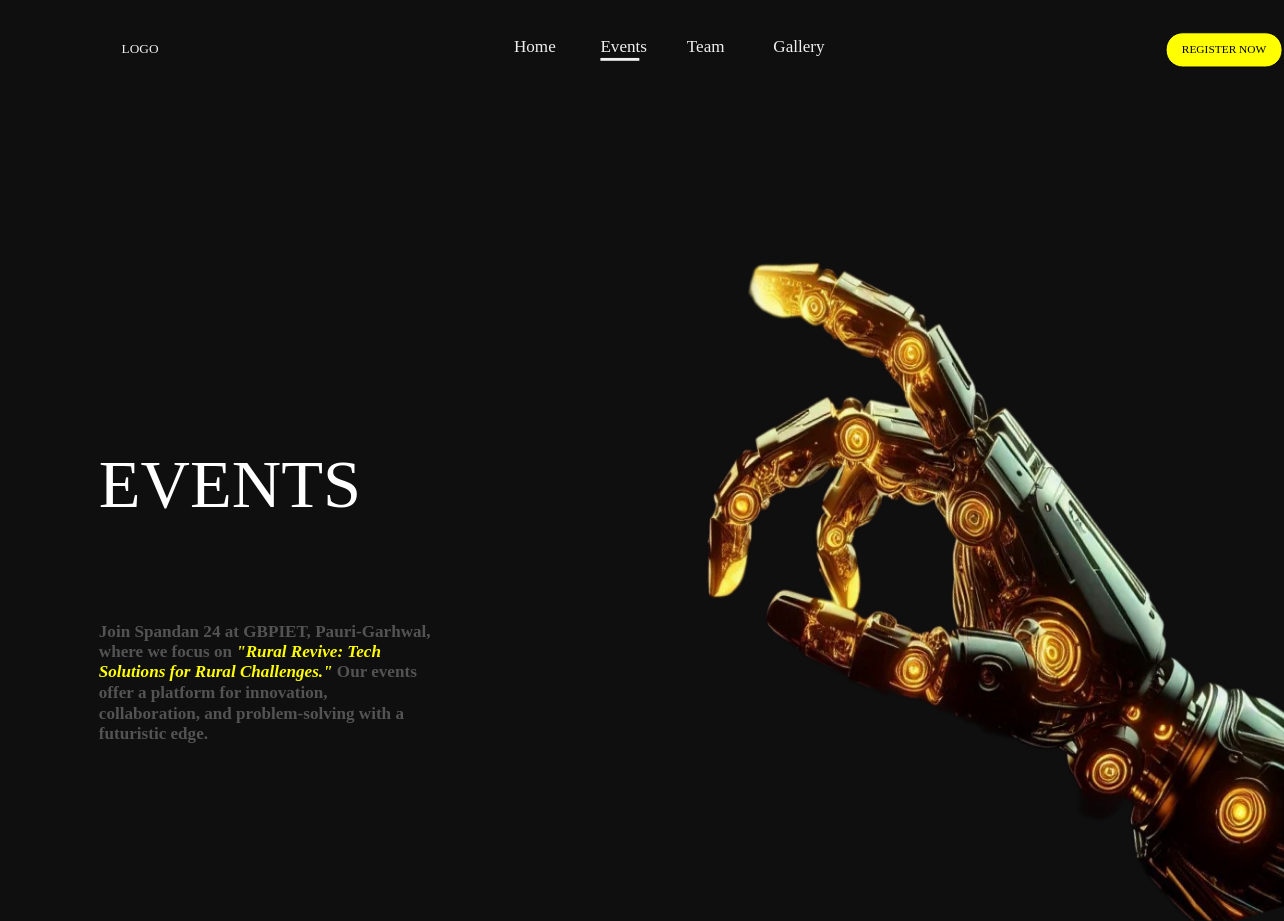
Repository: s4bbi/spandan-3.0
Page: /Events
An editor plug-in stored every save of this project. The page is shown before and after a run of saves, followed by the edit.
The browser window is 1280 px wide. The page is 1352 px wide, so the pictures cover 1352 px, including what lies to the right of the window. The pictures show the whole page, at 95% of full size.
The project was rebuilt for these pictures with package versions that can differ from the ones it lists, and the page was loaded fresh each time. Also part of the build but not shown: vite.config.js, src/pages/Home/Home.jsx.

Above is the page before, as saved 2024-11-02 02:48:20.

### src/App.jsx
import React from 'react'
import Navbar from './components/Navbar/Navbar'
import { Route, Routes } from 'react-router-dom'
import Home from  './pages/Home/Home'
import Events from  './pages/Events/Events'


const App = () => {
  return (
    <div className='app'>
      <Navbar/>
      { <Routes>
        <Route path="/" element={<Home />} />
        <Route path="Events" element={<Events />} />
      </Routes> }
    </div>
  )
}

export default App

### src/components/Navbar/Navbar.jsx
import React, {useState} from 'react'
import './Navbar.css'
// import {assets} from'../../assets/assets'
const Navbar = () => {

  const [menu,setMenu] = useState("Events");
  return (
    <div className='navbar'>
        <h1 className="logo">LOGO</h1>
        <ul className="navbar-menu">
            <li onClick={()=>setMenu("Home")} className={menu=="Home"?"active":""}>Home</li>
            <li onClick={()=>setMenu("Events")} className={menu=="Events"?"active":""}>Events</li>
            <li onClick={()=>setMenu("Team")} className={menu=="Team"?"active":""}>Team</li>
            <li onClick={()=>setMenu("Gallery")} className={menu=="Gallery"?"active":""}>Gallery</li>
        </ul>


        <button>REGISTER NOW</button>
     </div>

  )
}

export default Navbar

### src/pages/Events/Events.jsx
import React from 'react'
import './Events.css'
import HeroSection from '../../components/HeroSection/HeroSection'

const Events = () => {
  return (
    <div>
      <HeroSection/>
    </div>
  )
}

export default Events

### src/components/Navbar/Navbar.css
.navbar{
    width: 1222px;
    height: 37px;
    margin-top: 34px;
    margin-left: 128px;
    border-radius: 20px 0px 0px 0px;
    display: flex;
    justify-content: space-between;
    align-items: center;
}

.logo{
    width: 41px;
    height: 17px;
    font-family: Gilroy-Light;
    font-size: 14px;
    font-weight: 400;
    line-height: 16.8px;
    text-align: left;
    color:#F0F0F0;
   }

.navbar-menu{
    display:flex;
    list-style:none;
    gap:50px;
    color:#F0F0F0;
    ;
   }

.navbar button{
    background:transparent;
    font-size: 12px;
    background-color:#FFFF00;
    font-family: Gilroy-SemiBold;
    border: 1px solid #010101;
    ;
    padding: 10px 16px 10px 16px;
    border-radius: 18px 18px 18px 18px;
    cursor: pointer;}
    /* transition: 0.3s; */
    /* width: Hug (132px)px; */
 /* height: Hug (37px)px;
top: 34px;
left: 1218px;
padding: 10px 16px 10px 16px;
} */

  .navbar button:hover{
    background-color:#FFFFFF;
    color: #e74c3c;
    }

  /* .navbar .active{
    padding-bottom: 3px;
    border-bottom: 3px solid #49557e;
}   */

.navbar .active {
    padding-bottom: 3px;
    border-bottom: 3px solid #F0F0F0;}
.navbar li{
    cursor: pointer;
    width: 41px;
    height: 17px;
    font-family: Gilroy-SemiBold;
    font-size: 18px;
    font-weight: 400;
    line-height: 17.15px;
    text-align: left;
}

### src/components/HeroSection/HeroSection.jsx
import React from 'react'
import "./HeroSection.css";
import eventsHand from '../../assets/Images/eventsHand.webp';





const HeroSection = () => {
  return (
    <div>
      <section className="hero">
      <div className="hero-text">
        <h1 className="hero-title">EVENTS</h1>
        <p className="hero-description">
          Join Spandan 24 at GBPIET, Pauri-Garhwal, where we focus on <span className="highlight">"Rural Revive: Tech Solutions for Rural Challenges."</span> Our events offer a platform for innovation, collaboration, and problem-solving with a futuristic edge.
        </p>
      </div>
      <img src={eventsHand} alt="Robotic Hand" className="hero-image" />
    </section>
    </div>
  )
}

export default HeroSection

### src/components/HeroSection/HeroSection.css
.hero {
    display: flex;
    align-items: center;
    justify-content: space-between;
    /* padding-top: 50px;
    max-width: 1200px;
    margin: 192px; */
  }

  .hero-text {
    /* width: 50%; */
    color: white;
    padding-left: 104px;
  }

  .hero-title {
    width: 339px;
    height: 87px;
    margin-top: 192px;
    font-family: Mooner;
    font-size: 72px;
    font-weight: 400;
    line-height: 87.19px;
   }

  .hero-description {
    width: 350px;
    height: 110px;
    padding-top: 100px;
    font-family: Exo 2;
    font-size: 18px;
    font-weight: 600;
    line-height: 21.6px;
    color: #ccc;
    color: #535353;

  }

  .highlight {
    color:#FFFF00;
    font-family: Exo 2;
    font-size: 18px;
    font-style: italic;
    font-weight: 600;
    line-height: 21.6px;

  }

  .hero-image {
    width: 897.55px;
    height: 897.55px;
    top: -108px;
    left: 1382.97px;




  }

### public/style.css
*{
    margin:0px;
    padding:0px;
}

body{
    background-color: #0f0f0f;
}

Loaded but not shown: index.html (common file); src/main.jsx (common file); src/pages/Events/Events.css (no stored copy; drawn as an empty file)

After the next 2 saves:
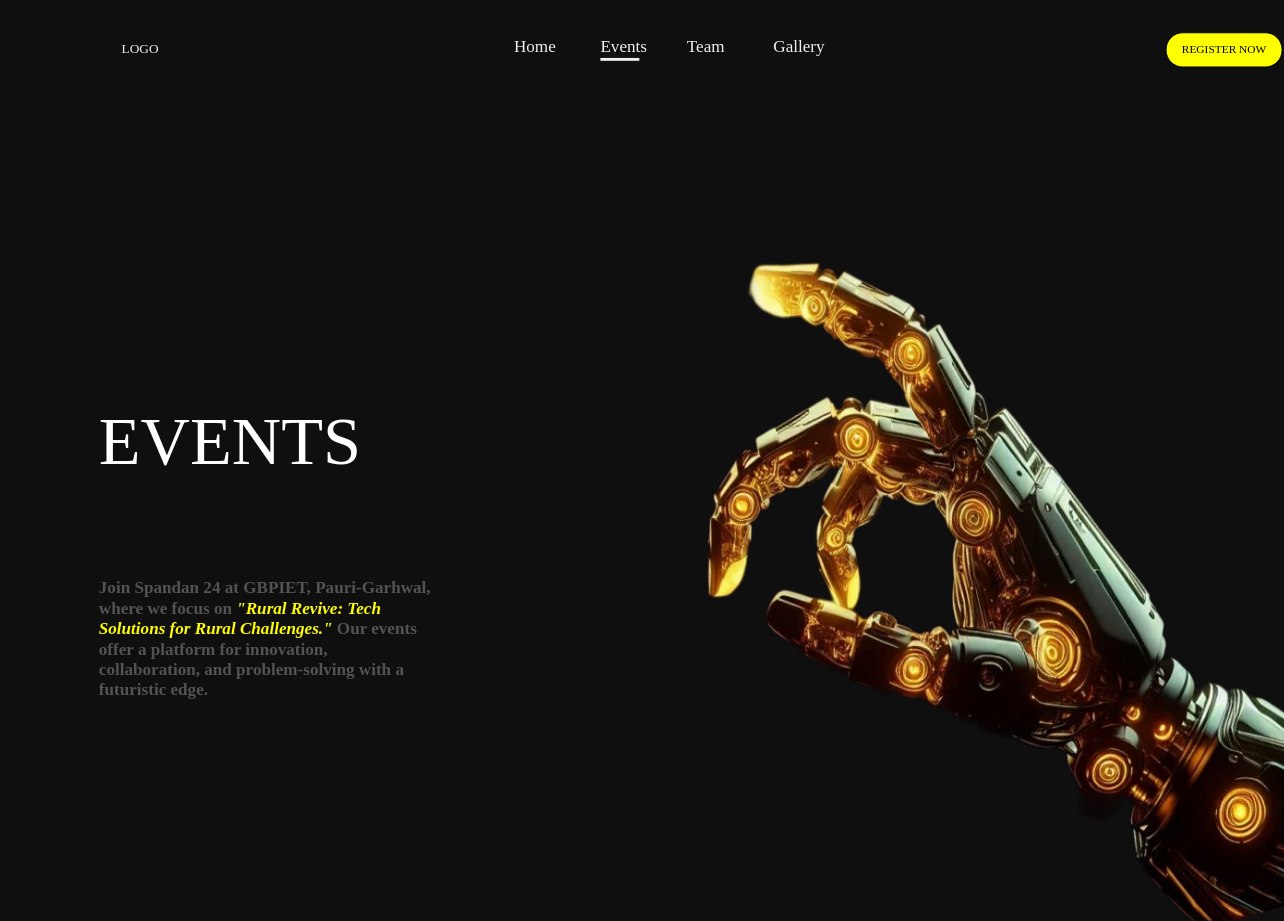
The 2 saves are shown as one change because they came seconds apart.
The last was saved 14 s later.
--- a/src/components/HeroSection/HeroSection.css
+++ b/src/components/HeroSection/HeroSection.css
@@ -16,7 +16,7 @@
   .hero-title {
     width: 339px;
     height: 87px;
-    margin-top: 192px;
+    margin-top: 100px;
     font-family: Mooner;
     font-size: 72px;
     font-weight: 400;
